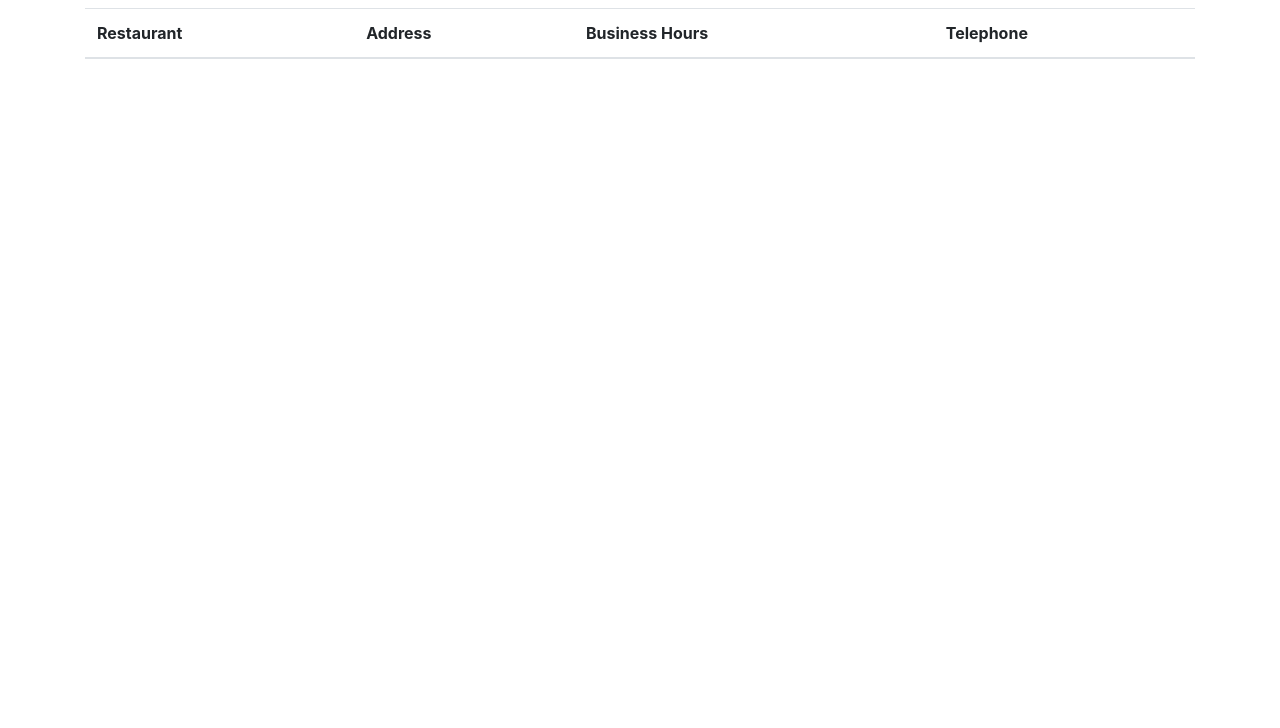
Repository: amcali/project-3
Page: http://localhost/
The author's editor kept a record of every edit. The page is drawn from the files as they stood at one moment, then again after the next edit.
The browser window is 1280 px wide. The pictures show the whole page.
The page is served by the project's application, run on Flask 3 (app.py).

Above is the page before.

### templates/index.template.html
{%extends "layout.template.html"%}

{%block content%}
        <table class='table'>
            <thead>
                <tr>
                    <th>Restaurant</th>

                    <th>Address</th>

                    <th>Business Hours</th>

                    <th>Telephone</th>
                </tr>
            </thead>
            {% for each_result in results %}
            <tr>
                <td>
                    {{ each_result["name"] }}
                </td>
                <td>
                    {{ each_result["address"]["country"] }}
                </td>
                <td>
                    {% for each_amentity in each_result['amenities'] %}
                    <span>{{each_amentity }}</span>,
                    {%endfor%}
                </td>
            </tr>
            {%endfor%}
        </table>
{%endblock%}

### templates/layout.template.html
<!doctype html>
<html lang="en">
  <head>
    <!-- Required meta tags -->
    <meta charset="utf-8">
    <meta name="viewport" content="width=device-width, initial-scale=1, shrink-to-fit=no">

    <!-- Bootstrap CSS -->
    <link rel="stylesheet" href="https://stackpath.bootstrapcdn.com/bootstrap/4.3.1/css/bootstrap.min.css" integrity="sha384-ggOyR0iXCbMQv3Xipma34MD+dH/1fQ784/j6cY/iJTQUOhcWr7x9JvoRxT2MZw1T" crossorigin="anonymous">

    <!-- CSS -->
    <link rel="stylesheet" href="static/styles.css" type="text/css">

    <title>Hello, world!</title>
  </head>
  <body>
    <h1>{% block title %}{% endblock %}</h1>

    <div class="container">

    	{% with messages = get_flashed_messages() %}
    	  {% if messages %}
    	    {% for message in messages %}
    		  <div class="alert alert-success">
    		  <ul>
      			<li>{{message}}</li>
    		  </div>
      		{% endfor %}
      	  {% endif %}
    	{% endwith %}

        {%block content%}{%endblock%}
    </div>
    <!-- Optional JavaScript -->
    <!-- jQuery first, then Popper.js, then Bootstrap JS -->
    <script src="https://code.jquery.com/jquery-3.3.1.slim.min.js" integrity="sha384-q8i/X+965DzO0rT7abK41JStQIAqVgRVzpbzo5smXKp4YfRvH+8abtTE1Pi6jizo" crossorigin="anonymous"></script>
    <script src="https://cdnjs.cloudflare.com/ajax/libs/popper.js/1.14.7/umd/popper.min.js" integrity="sha384-UO2eT0CpHqdSJQ6hJty5KVphtPhzWj9WO1clHTMGa3JDZwrnQq4sF86dIHNDz0W1" crossorigin="anonymous"></script>
    <script src="https://stackpath.bootstrapcdn.com/bootstrap/4.3.1/js/bootstrap.min.js" integrity="sha384-JjSmVgyd0p3pXB1rRibZUAYoIIy6OrQ6VrjIEaFf/nJGzIxFDsf4x0xIM+B07jRM" crossorigin="anonymous"></script>
  </body>
</html>

### app.py
from flask import Flask, render_template, request, redirect, url_for
import pymongo
import os

app = Flask(__name__)

# Flask Routes Begin Here
@app.route('/')
def home():
    return render_template('index.template.html')

@app.route('/restaurants')
def restaurants():
    return render_template('restaurants.template.html')

@app.route('/add_restaurant')
def add_restaurant():
    return render_template('add-restaurant.template.html')


# 1. Retrieve the environment variables
MONGO_URI = os.getenv('MONGO_URI')
DATABASE_NAME = 'restaurant_reviews'

# 2. Create the connection
conn = pymongo.MongoClient(MONGO_URI)

# 3. Query
# doc = conn[DATABASE_NAME]["listingsAndReviews"].find({
#     'address.country':'Canada'
# }).limit(10)

# for d in doc:
#     print("Name:", d['name'])
#     print("Price: $", d['price'])
#     print('-------')

# "magic code" -- boilerplate
if __name__ == '__main__':
   app.run(host=os.environ.get('IP'),
           port=int(os.environ.get('PORT')),
           debug=True)

### static/styles.css
body,html{
    height:100%;
}

h1{
    background-color:red;
}

After the next edit:
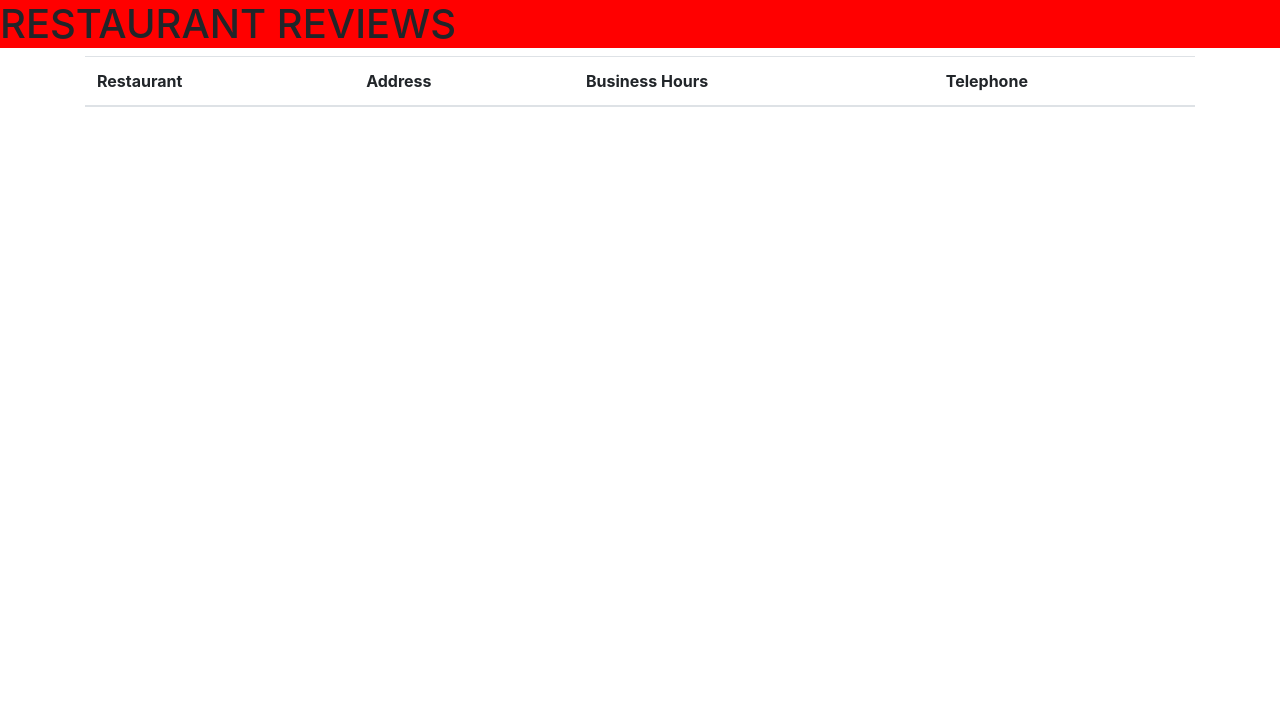
The edit:
--- a/templates/index.template.html
+++ b/templates/index.template.html
@@ -1,4 +1,8 @@
 {%extends "layout.template.html"%}
+
+{% block title %}RESTAURANT REVIEWS{% endblock %}
+
+
 
 {%block content%}
         <table class='table'>
